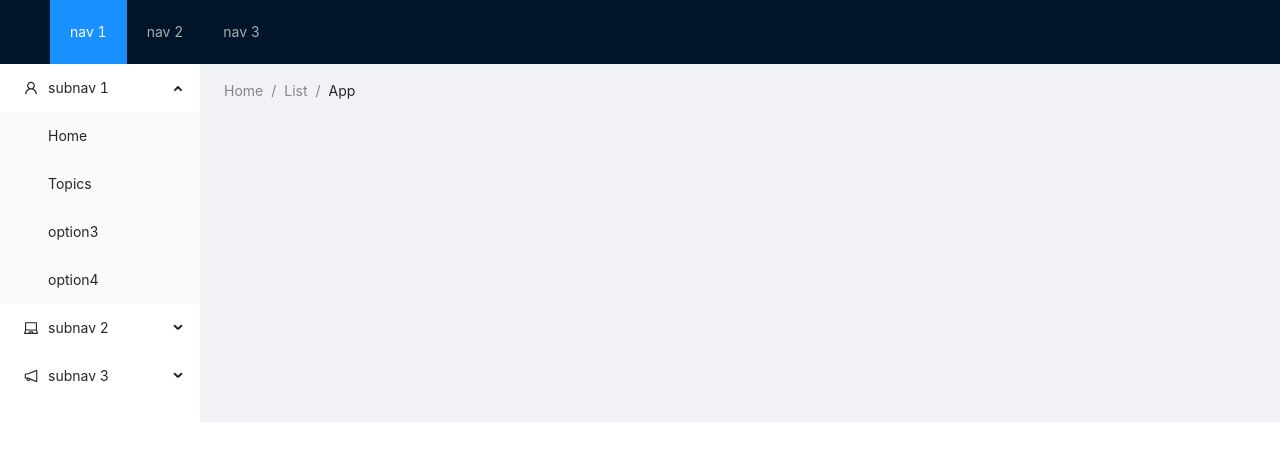
Repository: x213212/sharejobpool
Page: /
The author's editor kept a copy of each file at every save. The page is drawn from the files as they stood at one save, then again after the next save.
The browser window is 1280 px wide. The pictures show the whole page.
The project was rebuilt for these pictures with package versions that can differ from the ones it lists, and the page was loaded fresh each time. Also part of the build but not shown: src/index.css.

Above is the page before, as saved 2020-06-21 21:00:26.

After the next save:
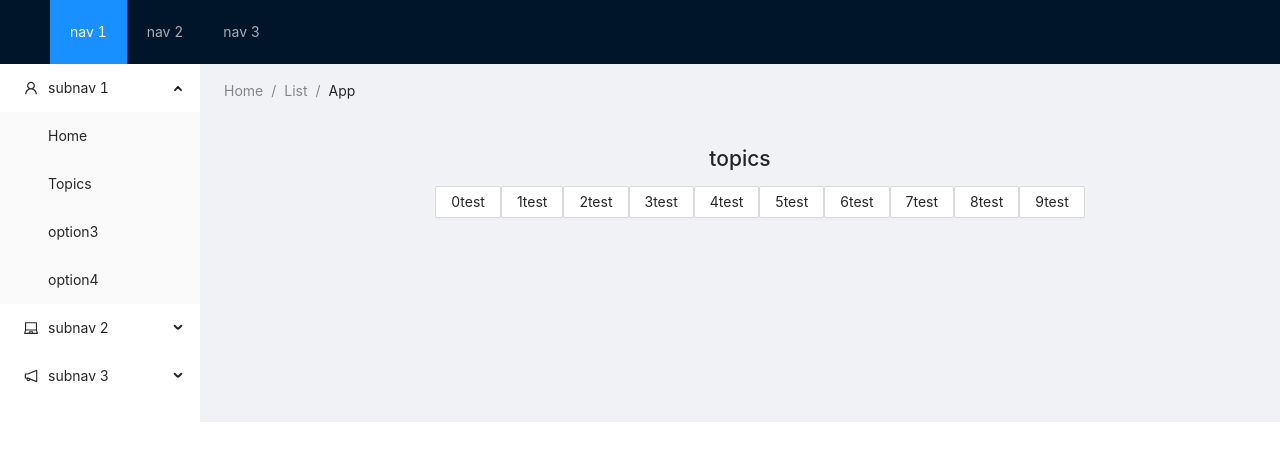
Saved 20 s later.
--- a/src/components/CommandHome/CommandHome.js
+++ b/src/components/CommandHome/CommandHome.js
@@ -28,7 +28,7 @@ export  class CommandHome extends Component {
 
       this.handleChange = this.handleChange.bind(this);
       this.handleSubmit = this.handleSubmit.bind(this);
-      this.props.history.push('/new/url2');
+      this.props.history.push('/topics');
    }
 
 // log({ name });
